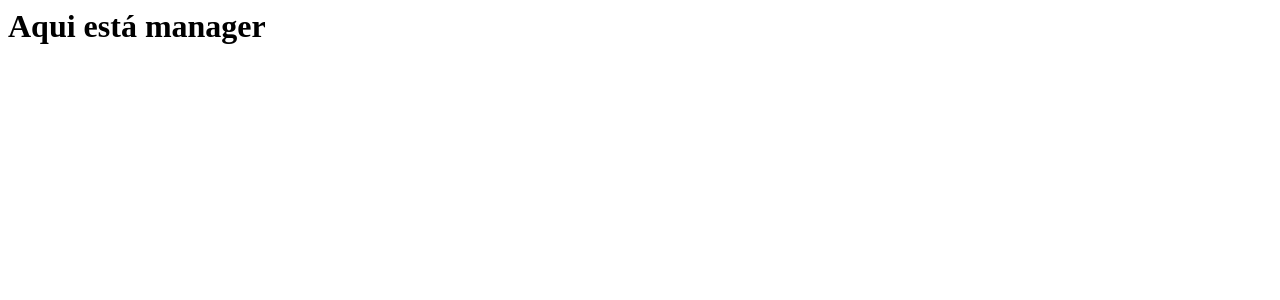
Repository: leobritto-sudo/pokemon-center
Page: http://localhost/App/Views/dashboard/manager.phtml
An editor plug-in stored every save of this project. The page is shown before and after the next save, followed by the edit.
The browser window is 1280 px wide. The pictures show the whole page.
The page is run by PHP 8.4 with error messages shown; the project is at /var/www/html/.

Above is the page before, as saved 2022-11-15 14:39:41.

After the next save:
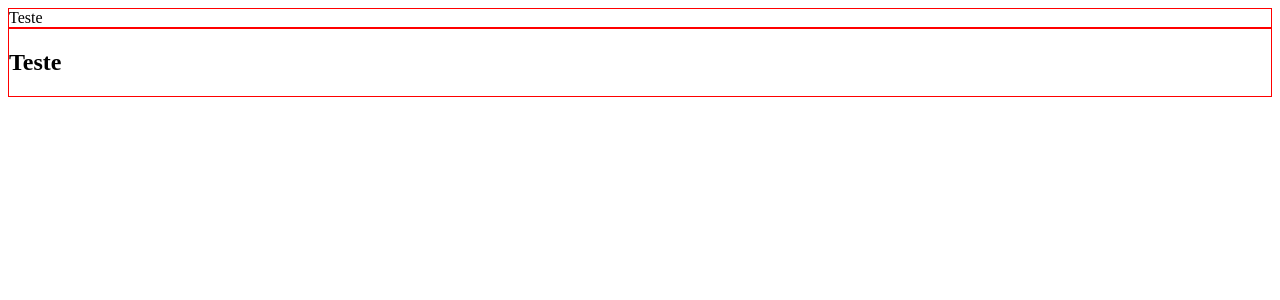
Saved 6 min 39 s later.
--- a/App/Views/dashboard/manager.phtml
+++ b/App/Views/dashboard/manager.phtml
@@ -1 +1,8 @@
-<h1>Aqui está manager</h1>
+<div class="row d-flex justify-content-center">
+    <aside class="col-2" style="border: 1px solid red;">
+        Teste
+    </aside>
+    <div class="container" style="border: 1px solid red;">
+        <h2>Teste</h2>
+    </div>
+</div>
